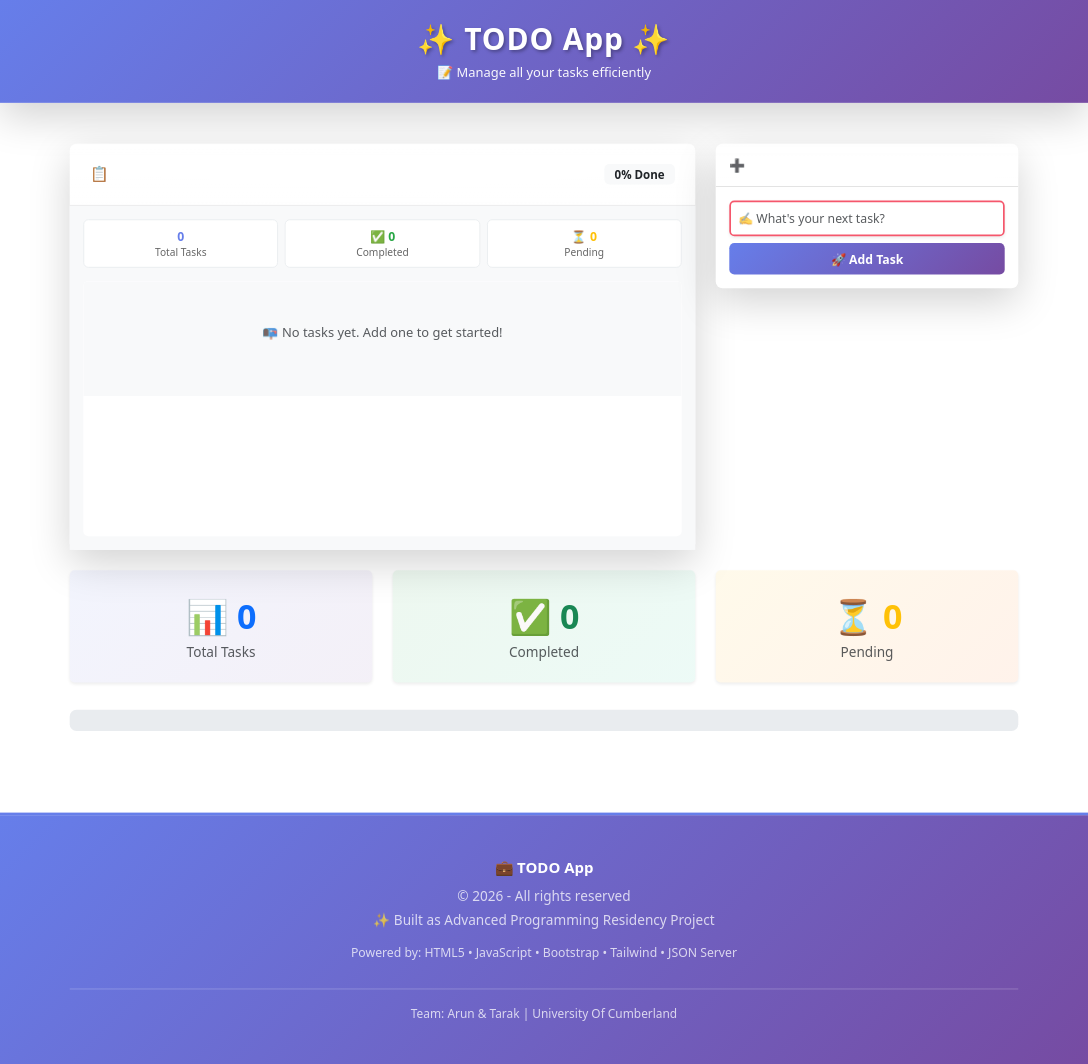
Repository: arunkr12/Master-In-Computer-Science
Page: Advanced Programming Language/Residency Project Team One Arun Javascript Version/TODO/index.html
An editor plug-in stored every save of this project. The page is shown before and after the next save, followed by the edit.
The browser window is 1280 px wide. The pictures show the whole page, at 85% of full size.
The page's requests for data from a server got no answer. Some web libraries are served in a nearby version.

Above is the page before, as saved 2026-02-20 18:50:54.

### Advanced Programming Language/Residency Project Team One Arun Javascript Version/TODO/index.html
<!doctype html>
<html lang="en">
  <head>
    <meta charset="UTF-8" />
    <meta name="viewport" content="width=device-width, initial-scale=1.0" />
    <title>TODO App</title>
    <link
      href="https://cdn.jsdelivr.net/npm/bootstrap@5.3.8/dist/css/bootstrap.min.css"
      rel="stylesheet"
    />
    <link href="https://cdn.tailwindcss.com" rel="stylesheet" />
    <style>
      body {
        display: flex;
        flex-direction: column;
        min-height: 100vh;
      }
      main {
        flex: 1;
      }
      footer {
        background-color: #f8f9fa;
        border-top: 1px solid #dee2e6;
      }
    </style>
  </head>
  <body>
    <div id="app"></div>

    <script src="https://cdn.jsdelivr.net/npm/bootstrap@5.3.8/dist/js/bootstrap.bundle.min.js"></script>
    <script type="module" src="app.js"></script>
  </body>
</html>

### Advanced Programming Language/Residency Project Team One Arun Javascript Version/TODO/app.js
import ToDoContainer from "./ToDoContainer/ToDoContainer.js";

// Initialize the app
const app = document.getElementById("app");
const todoContainer = new ToDoContainer();

// Load todos from JSON Server and render the app
async function initializeApp() {
  await todoContainer.initialize();
  app.innerHTML = todoContainer.render();
  setupEventListeners();
}

function setupEventListeners() {
  // Add todo button click
  const addBtn = document.querySelector(".add-todo-btn");
  const inputField = document.querySelector(".add-todo-input");

  if (addBtn) {
    addBtn.addEventListener("click", async () => {
      const text = inputField.value;
      if (text.trim()) {
        await todoContainer.addTodoItem(text);
        app.innerHTML = todoContainer.render();
        setupEventListeners();
        inputField.value = "";
      }
    });

    inputField.addEventListener("keypress", async (e) => {
      if (e.key === "Enter") {
        const text = inputField.value;
        if (text.trim()) {
          await todoContainer.addTodoItem(text);
          app.innerHTML = todoContainer.render();
          setupEventListeners();
          inputField.value = "";
        }
      }
    });
  }

  // Delete buttons
  const deleteButtons = document.querySelectorAll(".delete-btn");
  deleteButtons.forEach((btn) => {
    btn.addEventListener("click", async () => {
      const id = parseInt(btn.getAttribute("data-id"));
      await todoContainer.deleteTodoItem(id);
      app.innerHTML = todoContainer.render();
      setupEventListeners();
    });
  });

  // Edit buttons
  const editButtons = document.querySelectorAll(".edit-btn");
  editButtons.forEach((btn) => {
    btn.addEventListener("click", async () => {
      const id = parseInt(btn.getAttribute("data-id"));
      const currentText = btn.getAttribute("data-text");
      const newText = prompt("Edit task:", currentText);
      if (newText !== null && newText.trim()) {
        await todoContainer.editTodoItem(id, newText);
        app.innerHTML = todoContainer.render();
        setupEventListeners();
      }
    });
  });

  // Toggle checkboxes
  const checkboxes = document.querySelectorAll(".todo-checkbox");
  checkboxes.forEach((checkbox) => {
    checkbox.addEventListener("change", async () => {
      const id = parseInt(checkbox.getAttribute("data-id"));
      await todoContainer.toggleTodoItem(id);
      app.innerHTML = todoContainer.render();
      setupEventListeners();
    });
  });
}

// Initialize the app when DOM is ready
initializeApp();

### Advanced Programming Language/Residency Project Team One Arun Javascript Version/TODO/ToDoContainer/ToDoContainer.js
import Header from "../Header/Header.js";
import Footer from "../Footer/Footer.js";
import ToDoList from "../ToDoList/ToDoList.js";
import AddTodo from "../AddTodo/AddTodo.js";
import Stats from "../Stats/Stats.js";
import TodoService from "../Services/TodoService.js";

class ToDoContainer {
  constructor() {
    this.header = new Header("TODO App", "Manage all your tasks efficiently");
    this.footer = new Footer(2026, "TODO App");
    this.todoList = new ToDoList();
    this.addTodo = new AddTodo();
    this.stats = new Stats();
    this.todoService = new TodoService();

    this.todos = [];
  }

  async initialize() {
    this.todos = await this.todoService.getTodos();
    this.updateComponents();
  }

  updateComponents() {
    this.todoList.setTodos(this.todos);
    this.stats.setTodos(this.todos);
  }

  async addTodoItem(text) {
    if (text.trim()) {
      const newTodo = await this.todoService.addTodo(text);
      if (newTodo) {
        this.todos.push(newTodo);
        this.updateComponents();
        return newTodo;
      }
    }
    return null;
  }

  async editTodoItem(id, newText) {
    if (newText.trim()) {
      const updated = await this.todoService.updateTodo(id, {
        text: newText.trim(),
      });
      if (updated) {
        const todo = this.todos.find((t) => t.id === id);
        if (todo) {
          todo.text = newText.trim();
          this.updateComponents();
        }
        return updated;
      }
    }
    return null;
  }

  async toggleTodoItem(id) {
    const todo = this.todos.find((t) => t.id === id);
    if (todo) {
      const updated = await this.todoService.updateTodo(id, {
        completed: !todo.completed,
      });
      if (updated) {
        todo.completed = updated.completed;
        this.updateComponents();
      }
      return updated;
    }
    return null;
  }

  async deleteTodoItem(id) {
    const success = await this.todoService.deleteTodo(id);
    if (success) {
      this.todos = this.todos.filter((t) => t.id !== id);
      this.updateComponents();
      return true;
    }
    return false;
  }

  render() {
    const header = this.header.render();
    const mainContent = this.renderMain();
    const footer = this.footer.render();

    return `
            ${header}
            ${mainContent}
            ${footer}
        `;
  }

  renderMain() {
    const todoListHtml = this.todoList.render();
    const addTodoHtml = this.addTodo.render();
    const statsHtml = this.stats.render();

    return `
            <main class="py-5">
                <div class="container">
                    <div class="row mb-4">
                        <div class="col-md-8">
                            ${todoListHtml}
                        </div>
                        <div class="col-md-4">
                            ${addTodoHtml}
                        </div>
                    </div>
                    ${statsHtml}
                </div>
            </main>
        `;
  }

  getTodos() {
    return this.todos;
  }
}

export default ToDoContainer;

### Advanced Programming Language/Residency Project Team One Arun Javascript Version/TODO/Header/Header.js
class Header {
  constructor(
    title = "TODO App",
    subtitle = "Manage all your tasks efficiently",
  ) {
    this.title = title;
    this.subtitle = subtitle;
  }

  render() {
    return `
      <header class="bg-gradient-primary text-white py-4 shadow-lg" style="background: linear-gradient(135deg, #667eea 0%, #764ba2 100%);">
        <div class="container">
          <div class="text-center">
            <h1 class="m-0 fw-bold" style="text-shadow: 2px 2px 4px rgba(0,0,0,0.3); letter-spacing: 1px; font-size: 2.2rem;">
              ✨ ${this.title} ✨
            </h1>
            <p class="m-0 mt-2 text-white" style="font-size: 0.95rem; opacity: 0.95;">
              📝 ${this.subtitle}
            </p>
          </div>
        </div>
      </header>
    `;
  }
}

export default Header;

### Advanced Programming Language/Residency Project Team One Arun Javascript Version/TODO/Footer/Footer.js
class Footer {
  constructor(year = 2026, projectName = "TODO App") {
    this.year = year;
    this.projectName = projectName;
  }

  render() {
    return `
      <footer class="py-5 mt-5" style="background: linear-gradient(135deg, #667eea 0%, #764ba2 100%); color: white; border-top: 3px solid #667eea;">
        <div class="container">
          <div class="row text-center">
            <div class="col-md-12">
              <p class="mb-2 fw-bold" style="font-size: 1.1rem;">💼 ${this.projectName}</p>
              <p class="mb-1 opacity-75">&copy; ${this.year} - All rights reserved</p>
              <p class="mb-0 opacity-75">✨ Built as Advanced Programming Residency Project</p>
              <p class="mt-3 opacity-75" style="font-size: 0.9rem;">
                Powered by: HTML5 • JavaScript • Bootstrap • Tailwind • JSON Server
              </p>
            </div>
          </div>
          <hr class="my-3 opacity-25">
          <div class="text-center opacity-75">
            <small>Team: Arun & Tarak | University Of Cumberland</small>
          </div>
        </div>
      </footer>
    `;
  }
}

export default Footer;

### Advanced Programming Language/Residency Project Team One Arun Javascript Version/TODO/ToDoList/ToDoList.js
class ToDoList {
  constructor(todos = []) {
    this.todos = todos;
    this.editingId = null;
    this.editText = "";
  }

  setTodos(todos) {
    this.todos = todos;
  }

  renderTodoRow(todo) {
    const isEditing = this.editingId === todo.id;
    const statusIcon = todo.completed ? "✅" : "📌";

    return `
      <div class="list-group-item d-flex justify-content-between align-items-center p-2 border-0 shadow-sm mb-2"
           data-todo-id="${todo.id}"
           style="background: ${todo.completed ? "#f0f9ff" : "#fafbfc"}; border-left: 4px solid ${todo.completed ? "#28a745" : "#667eea"} !important; border-radius: 4px;">
        <div class="flex-grow-1 d-flex align-items-center">
          <input class="form-check-input me-2 todo-checkbox" type="checkbox"
                 data-id="${todo.id}"
                 style="width: 18px; height: 18px; cursor: pointer;"
                 ${todo.completed ? "checked" : ""}>
          <span class="todo-text ${todo.completed ? "text-decoration-line-through text-success" : "text-dark fw-500"}"
                style="cursor: default; font-size: 0.95rem;">
            ${statusIcon} ${todo.text}
          </span>
        </div>
        <div class="btn-group btn-group-sm" role="group">
          <button class="btn btn-sm btn-outline-warning edit-btn" data-id="${todo.id}" data-text="${todo.text}" title="Edit" style="border-radius: 4px 0 0 4px; font-size: 0.8rem;">
            ✏️ Edit
          </button>
          <button class="btn btn-sm btn-outline-danger delete-btn" data-id="${todo.id}" title="Delete" style="border-radius: 0 4px 4px 0; font-size: 0.8rem;">
            🗑️ Delete
          </button>
        </div>
      </div>
    `;
  }

  render() {
    const todosHtml = this.todos
      .map((todo) => this.renderTodoRow(todo))
      .join("");

    const completedCount = this.todos.filter((t) => t.completed).length;
    const pendingCount = this.todos.length - completedCount;
    const completionPercentage =
      this.todos.length > 0
        ? Math.round((completedCount / this.todos.length) * 100)
        : 0;

    return `
      <div class="card shadow-lg border-0" style="border-radius: 8px;">
        <div class="card-header bg-gradient p-4" style="background: linear-gradient(135deg, #667eea 0%, #764ba2 100%); border-radius: 8px 8px 0 0;">
          <div class="d-flex justify-content-between align-items-center">
            <h5 class="mb-0 text-white fw-bold" style="font-size: 1.1rem;">
              📋 Your TODO List (${this.todos.length} tasks)
            </h5>
            <span class="badge bg-light text-dark" style="font-size: 0.85rem; padding: 5px 12px;">
              ${completionPercentage}% Done
            </span>
          </div>
        </div>
        <div class="p-3" style="background: #f8f9fa;">
          <div class="row g-2 mb-3">
            <div class="col-4">
              <div class="text-center p-2" style="background: white; border-radius: 6px; border: 1px solid #e9ecef;">
                <div style="font-size: 0.9rem; color: #667eea; font-weight: bold;">${this.todos.length}</div>
                <div style="font-size: 0.75rem; color: #666;">Total Tasks</div>
              </div>
            </div>
            <div class="col-4">
              <div class="text-center p-2" style="background: white; border-radius: 6px; border: 1px solid #e9ecef;">
                <div style="font-size: 0.9rem; color: #28a745; font-weight: bold;">✅ ${completedCount}</div>
                <div style="font-size: 0.75rem; color: #666;">Completed</div>
              </div>
            </div>
            <div class="col-4">
              <div class="text-center p-2" style="background: white; border-radius: 6px; border: 1px solid #e9ecef;">
                <div style="font-size: 0.9rem; color: #ffc107; font-weight: bold;">⏳ ${pendingCount}</div>
                <div style="font-size: 0.75rem; color: #666;">Pending</div>
              </div>
            </div>
          </div>
          <div style="background: white; border-radius: 6px; padding: 0; overflow: hidden; min-height: 300px;">
            ${todosHtml || '<div class="text-center text-muted py-5" style="background: #f8f9fa;"><p style="font-size: 0.95rem;">📭 No tasks yet. Add one to get started!</p></div>'}
          </div>
        </div>
      </div>
    `;
  }
}

export default ToDoList;

### Advanced Programming Language/Residency Project Team One Arun Javascript Version/TODO/AddTodo/AddTodo.js
class AddTodo {
  constructor(onAdd = null) {
    this.onAdd = onAdd;
    this.inputValue = "";
  }

  render() {
    return `
      <div class="card shadow-lg border-0" style="border-radius: 8px;">
        <div class="card-header bg-gradient p-3" style="background: linear-gradient(135deg, #f093fb 0%, #f5576c 100%); border-radius: 8px 8px 0 0;">
          <h6 class="card-title mb-0 text-white fw-bold" style="font-size: 0.95rem;">
            ➕ Add New Task
          </h6>
        </div>
        <div class="card-body p-3">
          <div class="mb-2">
            <input type="text" class="form-control add-todo-input shadow-sm"
                   placeholder="✍️ What's your next task?"
                   id="newTaskInput"
                   style="border: 2px solid #f5576c; border-radius: 6px; padding: 8px; font-size: 0.9rem;">
          </div>
          <button class="btn btn-gradient w-100 add-todo-btn fw-bold"
                  style="background: linear-gradient(135deg, #667eea 0%, #764ba2 100%); border: none; border-radius: 6px; color: white; font-size: 0.9rem; padding: 8px; transition: all 0.3s ease;">
            🚀 Add Task
          </button>
        </div>
      </div>
    `;
  }
}

export default AddTodo;

### Advanced Programming Language/Residency Project Team One Arun Javascript Version/TODO/Stats/Stats.js
class Stats {
  constructor(todos = []) {
    this.todos = todos;
  }

  setTodos(todos) {
    this.todos = todos;
  }

  getTotalTasks() {
    return this.todos.length;
  }

  getCompletedTasks() {
    return this.todos.filter((t) => t.completed).length;
  }

  getPendingTasks() {
    return this.getTotalTasks() - this.getCompletedTasks();
  }

  render() {
    const total = this.getTotalTasks();
    const completed = this.getCompletedTasks();
    const pending = this.getPendingTasks();
    const percentage = total > 0 ? Math.round((completed / total) * 100) : 0;

    return `
      <div class="row mt-4">
        <div class="col-md-4 mb-3">
          <div class="card shadow-sm border-0 text-center p-4" style="background: linear-gradient(135deg, #667eea15 0%, #764ba215 100%); border-left: 4px solid #667eea;">
            <div class="text-primary fw-bold" style="font-size: 2.5rem;">📊 ${total}</div>
            <div class="text-muted fw-500">Total Tasks</div>
          </div>
        </div>
        <div class="col-md-4 mb-3">
          <div class="card shadow-sm border-0 text-center p-4" style="background: linear-gradient(135deg, #28a74515 0%, #20c99715 100%); border-left: 4px solid #28a745;">
            <div class="text-success fw-bold" style="font-size: 2.5rem;">✅ ${completed}</div>
            <div class="text-muted fw-500">Completed</div>
          </div>
        </div>
        <div class="col-md-4 mb-3">
          <div class="card shadow-sm border-0 text-center p-4" style="background: linear-gradient(135deg, #ffc10715 0%, #ff650715 100%); border-left: 4px solid #ff6b6b;">
            <div class="text-warning fw-bold" style="font-size: 2.5rem;">⏳ ${pending}</div>
            <div class="text-muted fw-500">Pending</div>
          </div>
        </div>
      </div>
      <div class="progress mt-3" style="height: 25px; border-radius: 8px;">
        <div class="progress-bar bg-success fw-bold" role="progressbar"
             style="width: ${percentage}%; border-radius: 8px;"
             aria-valuenow="${percentage}" aria-valuemin="0" aria-valuemax="100">
          ${percentage}% Complete
        </div>
      </div>
    `;
  }
}

export default Stats;

### Advanced Programming Language/Residency Project Team One Arun Javascript Version/TODO/Services/TodoService.js
class TodoService {
  constructor(apiUrl = "http://localhost:3000") {
    this.apiUrl = apiUrl;
    this.todosEndpoint = `${this.apiUrl}/todos`;
  }

  async getTodos() {
    try {
      const response = await fetch(this.todosEndpoint);
      if (!response.ok) throw new Error("Failed to fetch todos");
      return await response.json();
    } catch (error) {
      console.error("Error fetching todos:", error);
      return [];
    }
  }

  async addTodo(text) {
    try {
      const response = await fetch(this.todosEndpoint, {
        method: "POST",
        headers: { "Content-Type": "application/json" },
        body: JSON.stringify({
          text: text.trim(),
          completed: false,
        }),
      });
      if (!response.ok) throw new Error("Failed to add todo");
      return await response.json();
    } catch (error) {
      console.error("Error adding todo:", error);
      return null;
    }
  }

  async updateTodo(id, updates) {
    try {
      const response = await fetch(`${this.todosEndpoint}/${id}`, {
        method: "PATCH",
        headers: { "Content-Type": "application/json" },
        body: JSON.stringify(updates),
      });
      if (!response.ok) throw new Error("Failed to update todo");
      return await response.json();
    } catch (error) {
      console.error("Error updating todo:", error);
      return null;
    }
  }

  async deleteTodo(id) {
    try {
      const response = await fetch(`${this.todosEndpoint}/${id}`, {
        method: "DELETE",
      });
      if (!response.ok) throw new Error("Failed to delete todo");
      return true;
    } catch (error) {
      console.error("Error deleting todo:", error);
      return false;
    }
  }

  async toggleTodo(id, todos) {
    const todo = todos.find((t) => t.id === id);
    if (todo) {
      return this.updateTodo(id, { completed: !todo.completed });
    }
    return null;
  }
}

export default TodoService;

After the next save:
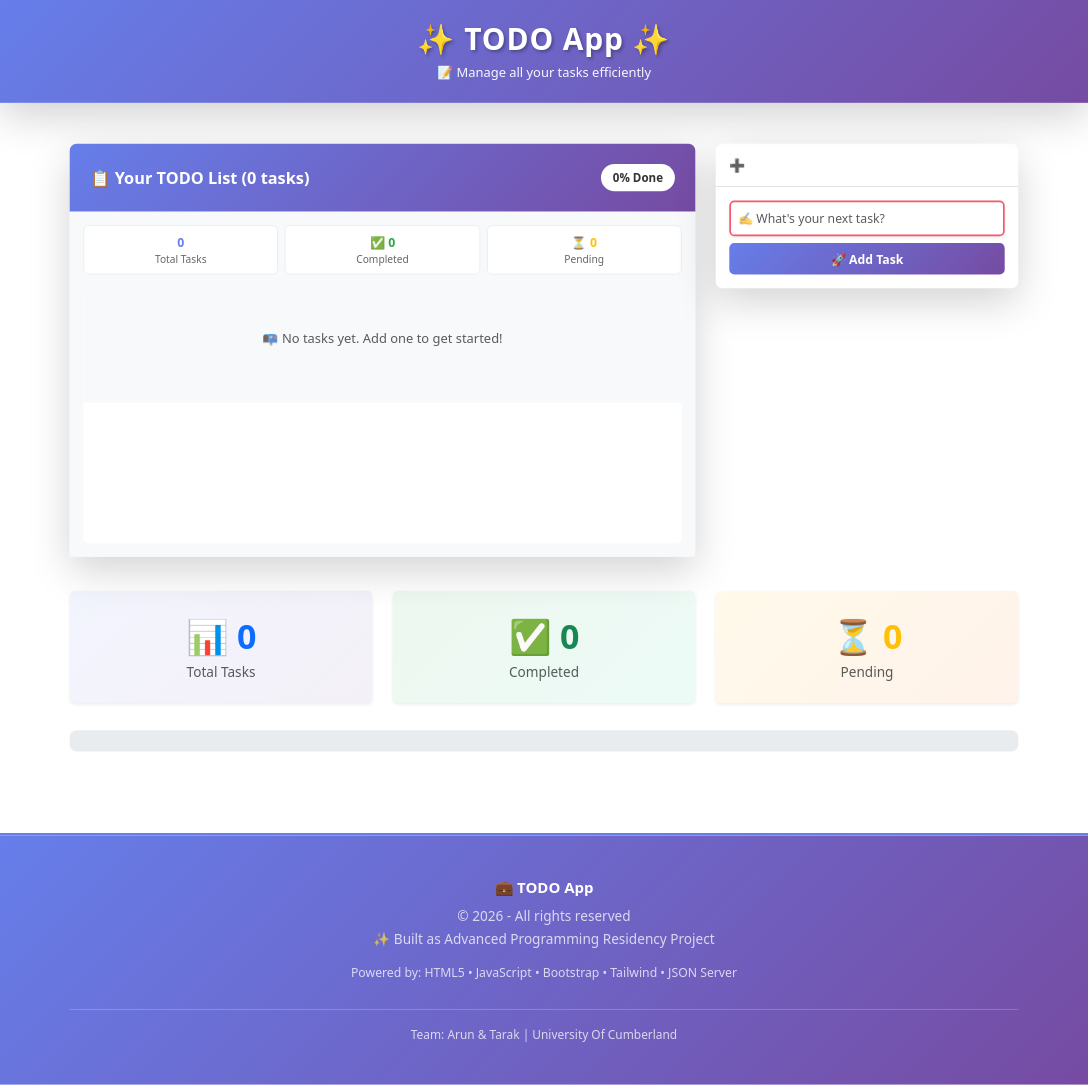
Saved 66 s later.
--- a/Advanced Programming Language/Residency Project Team One Arun Javascript Version/TODO/ToDoList/ToDoList.js
+++ b/Advanced Programming Language/Residency Project Team One Arun Javascript Version/TODO/ToDoList/ToDoList.js
@@ -52,13 +52,13 @@ class ToDoList {
         : 0;
 
     return `
-      <div class="card shadow-lg border-0" style="border-radius: 8px;">
-        <div class="card-header bg-gradient p-4" style="background: linear-gradient(135deg, #667eea 0%, #764ba2 100%); border-radius: 8px 8px 0 0;">
+      <div class="card shadow-lg border-0" style="border-radius: 8px; margin-bottom: 1rem;">
+        <div style="background: linear-gradient(135deg, #667eea 0%, #764ba2 100%); border-radius: 8px 8px 0 0; padding: 1.5rem;">
           <div class="d-flex justify-content-between align-items-center">
-            <h5 class="mb-0 text-white fw-bold" style="font-size: 1.1rem;">
+            <h5 style="margin: 0; color: white; font-weight: bold; font-size: 1.2rem;">
               📋 Your TODO List (${this.todos.length} tasks)
             </h5>
-            <span class="badge bg-light text-dark" style="font-size: 0.85rem; padding: 5px 12px;">
+            <span style="background: white; color: #333; font-size: 0.85rem; padding: 6px 14px; border-radius: 20px; font-weight: bold;">
               ${completionPercentage}% Done
             </span>
           </div>
